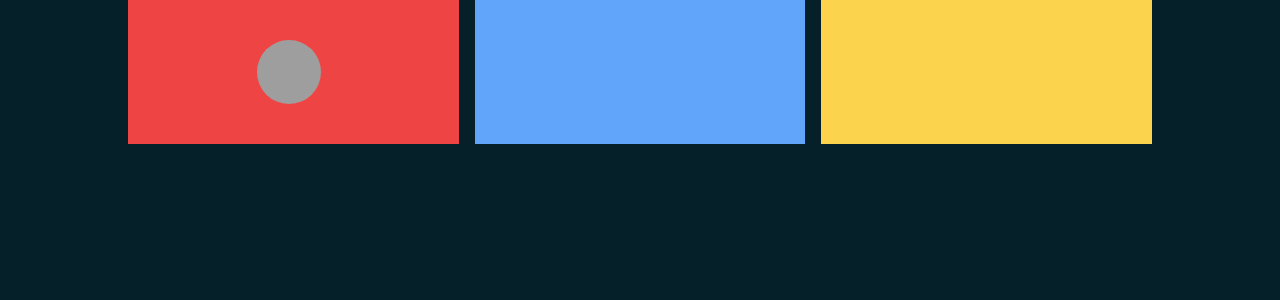
Repository: subrata18/imdb-clone
Page: /Profile
An editor plug-in stored every save of this project. The page is shown before and after the next save, followed by the edit.
The browser window is 1280 px wide. The pictures show the whole page.
Pictures or frames that could not be fetched are drawn as grey boxes. The project was rebuilt for these pictures with package versions that can differ from the ones it lists, and the page was loaded fresh each time. The framework's server and built-in components were replaced by stand-ins that run in the browser. Also part of the build but not shown: next.config.ts.

Above is the page before, as saved 2021-05-20 21:41:29.

After the next save:
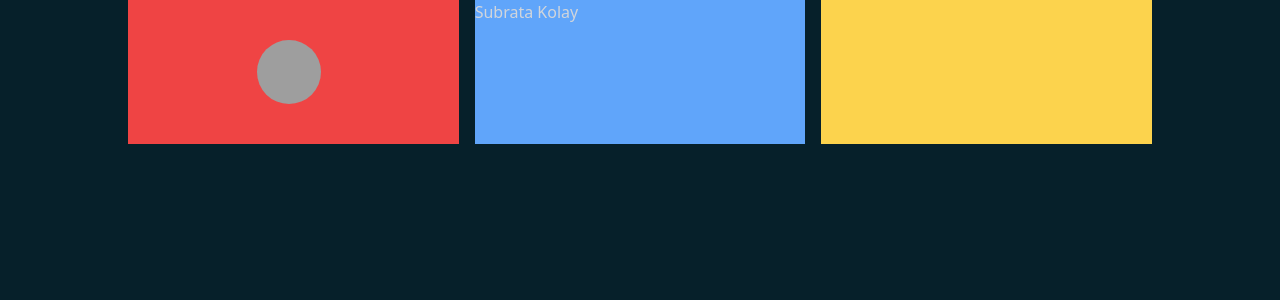
Saved 3 min 0 s later.
--- a/pages/Profile.tsx
+++ b/pages/Profile.tsx
@@ -9,6 +9,7 @@
                     className="object-cover w-16 h-16 mx-1 my-10 mr-3 rounded-full " src="https://cdn2.vectorstock.com/i/1000x1000/23/81/default-avatar-profile-icon-vector-18942381.jpg" alt="Profile image" />
             </div>
             <section className="bg-blue-400">
+                <h2 className="bg-white-200">Subrata Kolay</h2>
 
             </section>
             <section className="bg-yellow-300">
